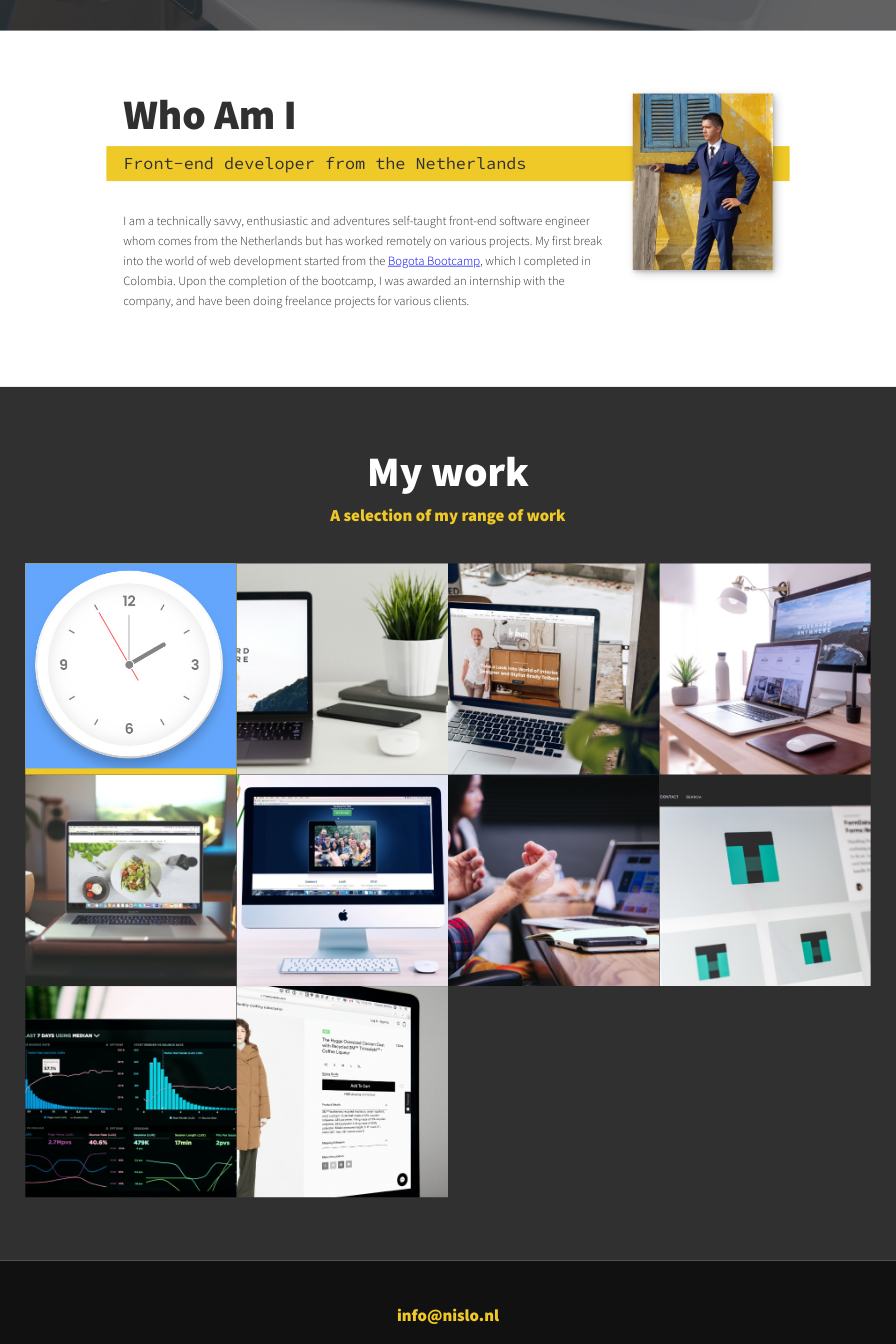
Repository: DaNiels89/portfolio
Page: index.html
The author's editor kept a copy of each file at every save. The page is drawn from the files as they stood at one save, then again after the next save.
The browser window is 1280 px wide. The pictures show the part of the page from y = 1144 to 3064 px (the page is 3189 px tall), at 70% of full size.
Some web libraries are served in a nearby version.

Above is the page before, as saved 2020-06-20 15:15:32.

After the next save:
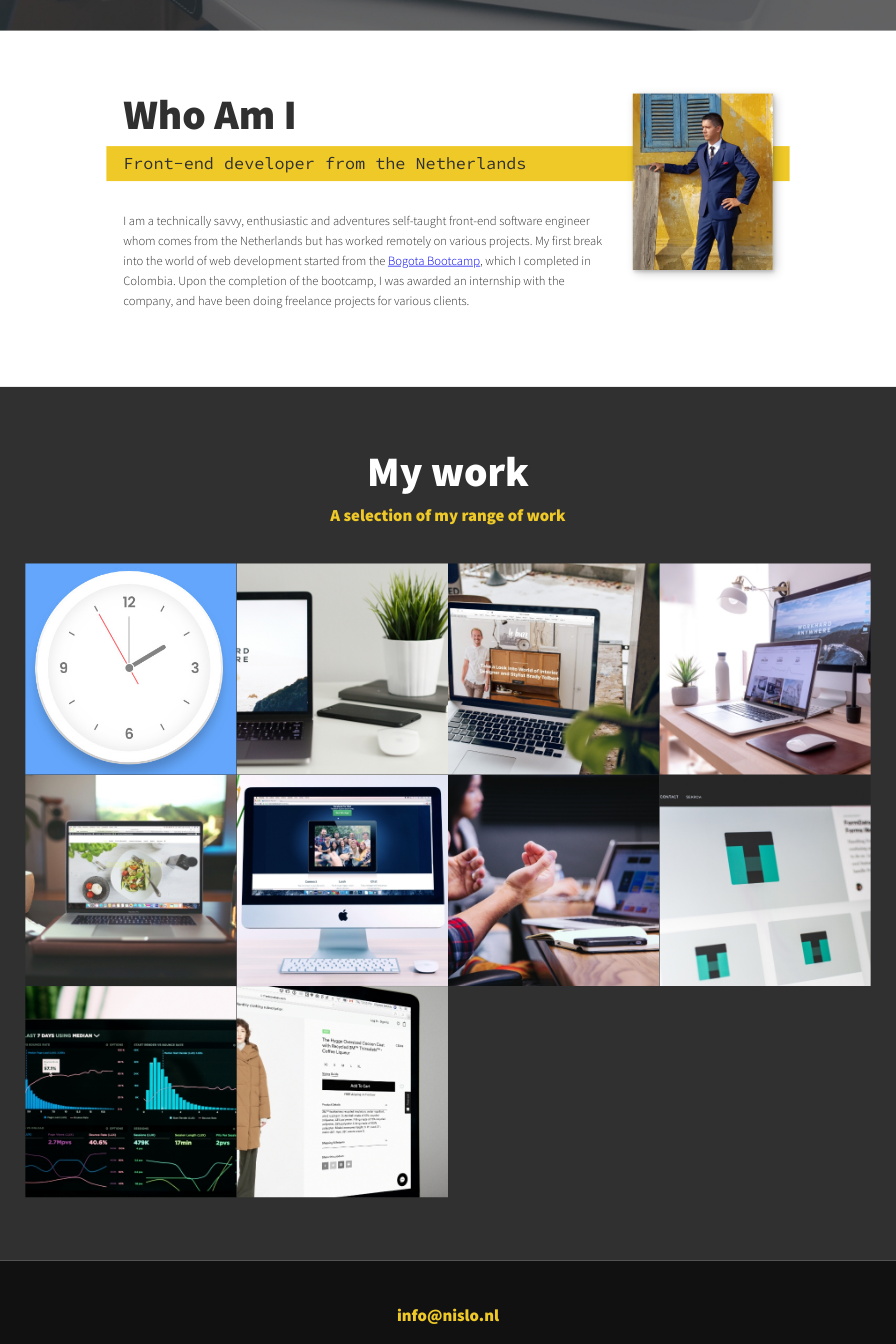
Saved 46 min 47 s later.
--- a/css/style.css
+++ b/css/style.css
@@ -486,7 +486,7 @@ header {
 
 /* Extra */
 
-.portfolio__img1 {
+#portfolio__img1 {
   width: 100%;
   height: 100%
 }
